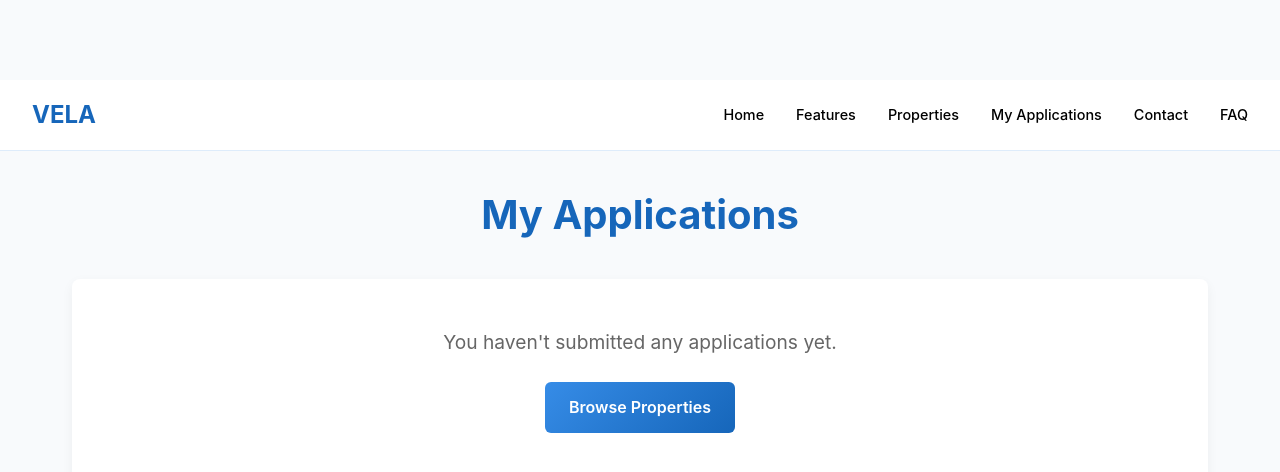
Repository: rizzerk/vela
Page: http://localhost/vela/my-applications.php
The author's editor kept a copy of each file at every save. The page is drawn from the files as they stood at one save, then again after the next save.
The browser window is 1280 px wide. The pictures show the whole page.
The page is run by PHP 8.4 with error messages shown; the project is at /var/www/html/. The session is filled in as if someone had signed in: {"loggedin": true, "user_id": 1, "name": "John", "role": "landlord"}. Queries for data that is not in the repository find no rows.

Above is the page before, as saved 2025-07-17 13:31:48.

After the next save:
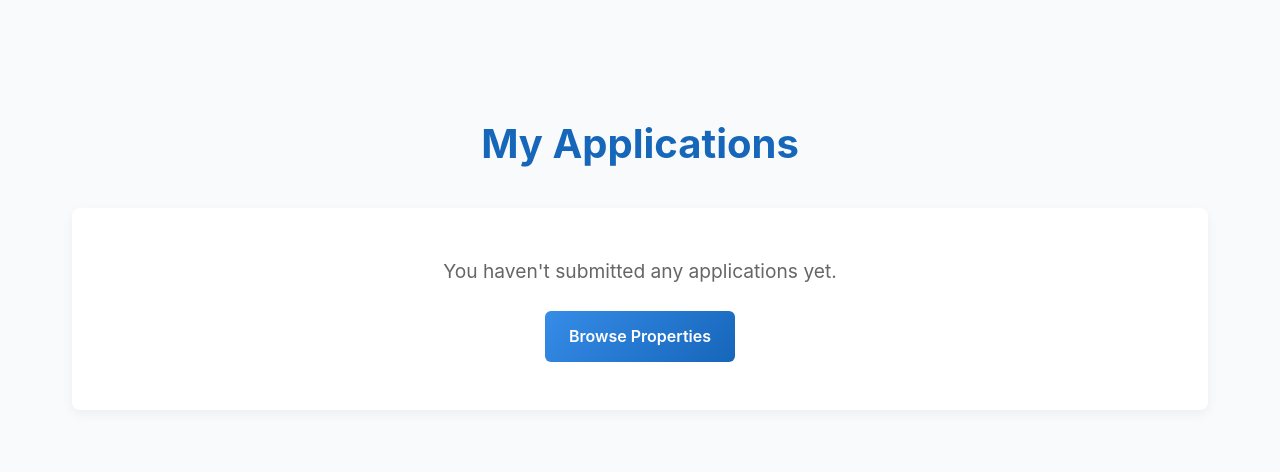
Saved 53 s later.
--- a/my-applications.php
+++ b/my-applications.php
@@ -172,7 +172,6 @@ $stmt->close();
     </style>
 </head>
 <body>
-    <?php include "includes/navbar/navbarOUT.html" ?>
 
     <div class="container">
         <h1>My Applications</h1>
